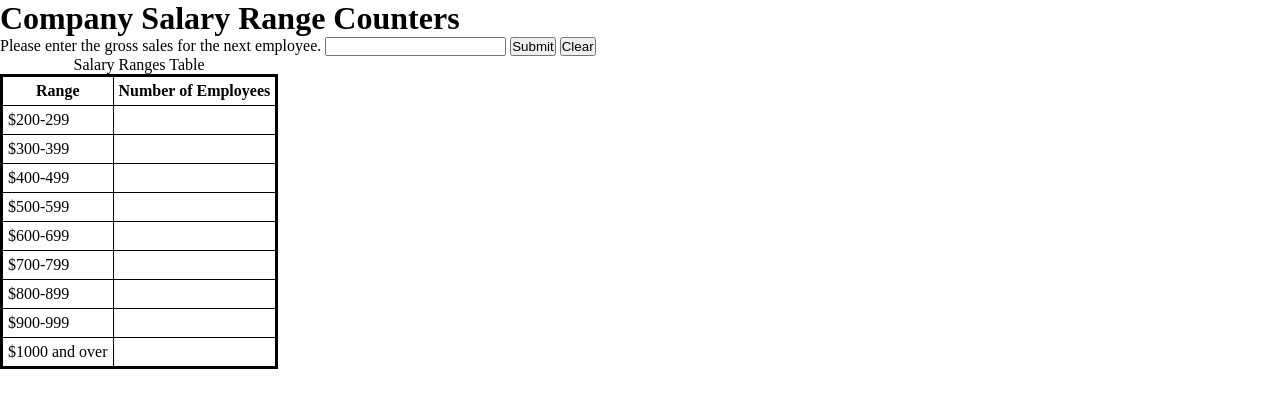
Repository: mlmEFSC21/P17-Sales-Commision
Page: sales.html
An editor plug-in stored every save of this project. The page is shown before and after the next save, followed by the edit.
The browser window is 1280 px wide. The pictures show the whole page.
Empty fields were first filled with sample values (such as "Sample", 5 or name@example.com).
After loading, the first visible `#salaryForm` was submitted once.

Above is the page before, as saved 2022-04-01 21:10:33.

After the next save:
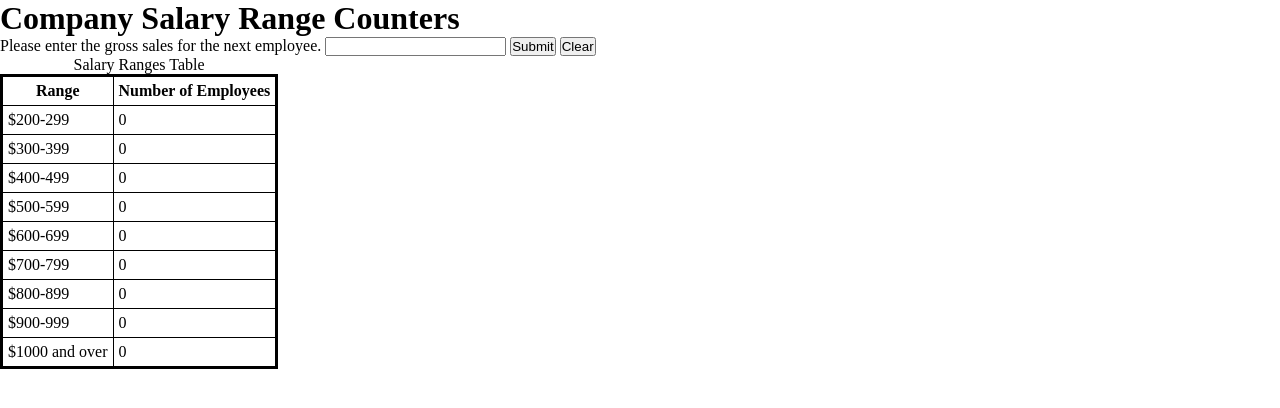
Saved 86 s later.
--- a/sales.js
+++ b/sales.js
@@ -43,7 +43,7 @@ function calcSalaryRange(totalSalary) {
 }
 //append the table
 function fillRangeCol() {
-    for (let i = 0; i < salaryRanges.len; i++) {
+    for (let i = 0; i < salaryRanges.length; i++) {
         td[i].innerText = salaryRanges[i];
     }
 }
